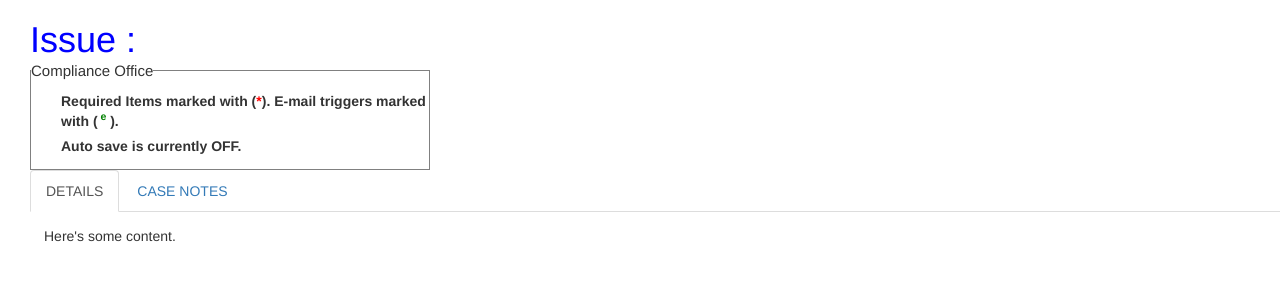
Repository: ManjushaDaram/LibraryPramati
Page: /
The author's editor kept a copy of each file at every save. The page is drawn from the files as they stood at one save, then again after the next save.
The browser window is 1280 px wide. The pictures show the whole page.
The project was rebuilt for these pictures with package versions that can differ from the ones it lists, and the page was loaded fresh each time. Also part of the build but not shown: angular.json.

Above is the page before, as saved 2019-04-18 11:59:28.

### src/index.html
<!doctype html>
<html lang="en">
<head>
  <meta charset="utf-8">
  <title>PramatiLibrary</title>
  <base href="/">

  <meta name="viewport" content="width=device-width, initial-scale=1">
  <link rel="icon" type="image/x-icon" href="favicon.ico">
</head>
<body>
  <app-root></app-root>
</body>
</html>

### src/app/app.module.ts
import { BrowserModule } from '@angular/platform-browser';
import { NgModule } from '@angular/core';

import { AppRoutingModule } from './app-routing.module';
import { AppComponent } from './app.component';
import { AddissueComponent } from './AddIssue/addissue/addissue.component';
import {Tab} from './AddIssue/addissue/tabs/tab.component';
import {Tabs} from './AddIssue/addissue/tabs/tabs.component';

@NgModule({
  declarations: [
    AppComponent,
    AddissueComponent,Tab,Tabs
  ],
  imports: [
    BrowserModule,
    AppRoutingModule
  ],
  providers: [],
  bootstrap: [AppComponent]
})
export class AppModule { }

### src/app/app.component.ts
import { Component } from '@angular/core';

@Component({
  selector: 'app-root',
  templateUrl: './app.component.html',
  styleUrls: ['./app.component.css']
})
export class AppComponent {
  title = 'PramatiLibrary';
}

### src/app/AddIssue/addissue/addissue.component.ts
import { Component, OnInit } from '@angular/core';
import {} from './tabs/tabs.component';

@Component({
  selector: 'app-addissue',
  templateUrl: './addissue.component.html',
  styleUrls: ['./addissue.component.css']
})
export class AddissueComponent implements OnInit {

  constructor() { }

  ngOnInit() {
  }

}

### src/app/AddIssue/addissue/tabs/tab.component.ts
import { Component, Input } from '@angular/core';

@Component({
  selector: 'tab',
  styles: [`
    .pane{
      padding: 1em;
    }
  `],
  template: `
    <div [hidden]="!active" class="pane">
      <ng-content></ng-content>
    </div>
  `
})
export class Tab {
  @Input('tabTitle') title: string;
  @Input() active = false;
}

### src/app/AddIssue/addissue/tabs/tabs.component.ts
import { Component, ContentChildren, QueryList, AfterContentInit } from '@angular/core';
import { Tab } from './tab.component';

@Component({
  selector: 'tabs',
  template:`
    <ul class="nav nav-tabs">
      <li *ngFor="let tab of tabs" (click)="selectTab(tab)" [class.active]="tab.active">
        <a href="#">{{tab.title}}</a>
      </li>
    </ul>
    <ng-content></ng-content>
  `
})
export class Tabs implements AfterContentInit {

  @ContentChildren(Tab) tabs: QueryList<Tab>;

  // contentChildren are set
  ngAfterContentInit() {
    // get all active tabs
    let activeTabs = this.tabs.filter((tab)=>tab.active);

    // if there is no active tab set, activate the first
    if(activeTabs.length === 0) {
      this.selectTab(this.tabs.first);
    }
  }

  selectTab(tab: Tab){
    // deactivate all tabs
    this.tabs.toArray().forEach(tab => tab.active = false);

    // activate the tab the user has clicked on.
    tab.active = true;
  }

}

### src/app/app.component.html
<!--The content below is only a placeholder and can be replaced.-->
<app-addissue></app-addissue>
<router-outlet></router-outlet>

### src/app/AddIssue/addissue/addissue.component.html
<div class="inline">
<h1 style="color: blue">Issue :</h1>
</div>

<div id="inlineWord">
  <h3><span>Compliance Office</span></h3>
  <div>
    <label>Required Items marked with (<span style="color: red">*</span>). E-mail triggers marked with (<sup><span style="color:green"> e</span></sup> ).</label>
  </div>
  <div>
    <label>
      Auto save is currently <strong>OFF.</strong>
    </label>
  </div>
</div>

<div>
  <tabs>
    <tab tabTitle="DETAILS">
      Here's some content.
    </tab>
    <tab tabTitle="CASE NOTES">
      And here's more in another tab.
    </tab>
  </tabs>
</div>

### src/app/AddIssue/addissue/addissue.component.css
#inlineWord{
  border: 1px solid grey;
  width: 400px;
  height: 100px;
}

#inlineWord h3{
  text-align: left;
  margin-top: -10px;
  height: 20px;
  line-height: 20px;
  font-size: 15px;
}

#inlineWord h3 span{
  background-color: white;
}

div{
  margin-left: 30px
}

Loaded but not shown: src/styles.css (common file); src/main.ts (common file); src/environments/environment.ts (common file); src/app/app-routing.module.ts (common file); src/app/app.component.css (no stored copy; drawn as an empty file)

After the next save:
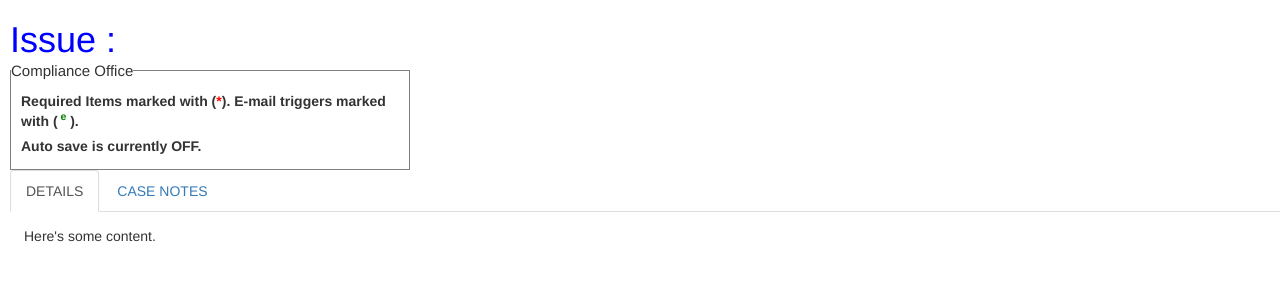
Saved 12 s later.
--- a/src/app/AddIssue/addissue/addissue.component.css
+++ b/src/app/AddIssue/addissue/addissue.component.css
@@ -17,5 +17,5 @@
 }
 
 div{
-  margin-left: 30px
+  margin-left: 10px
 }
